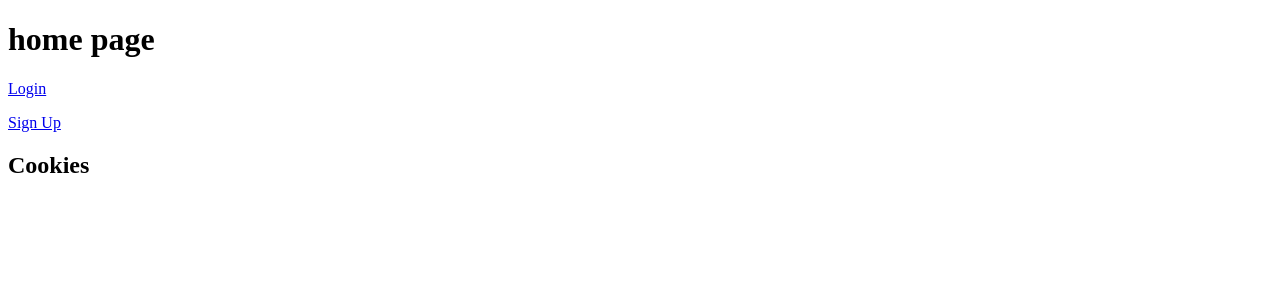
Repository: Styner-JEON/event
Page: / (app in frontend/)
The author's editor kept a copy of each file at every save. The page is drawn from the files as they stood at one save, then again after the next save.
The browser window is 1280 px wide. The pictures show the whole page.
The page's requests for data from a server got no answer. The project was rebuilt for these pictures with package versions that can differ from the ones it lists, and the page was loaded fresh each time. The framework's server and built-in components were replaced by stand-ins that run in the browser. No one was signed in, and anything a server would have sent is missing. Also part of the build but not shown: frontend/next.config.ts.

Above is the page before, as saved 2025-04-07 16:14:39.

After the next save:
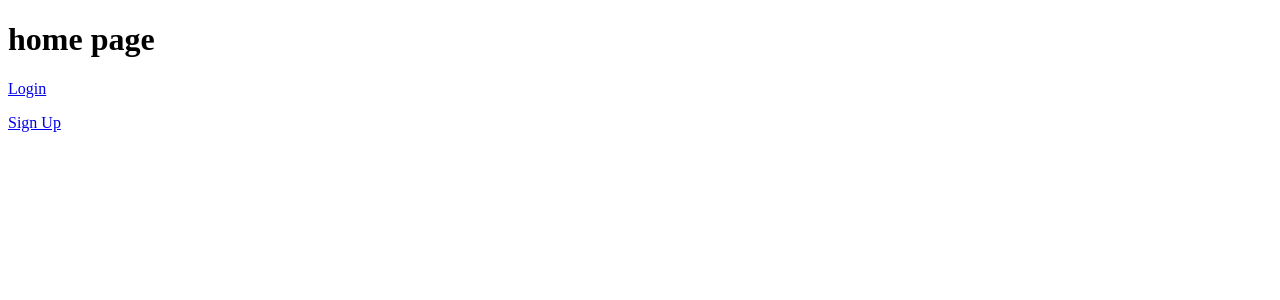
Saved 12 s later.
--- a/frontend/src/app/(home)/page.tsx
+++ b/frontend/src/app/(home)/page.tsx
@@ -12,7 +12,7 @@ export default async function Home() {
         <p>
           <Link href="/signup">Sign Up</Link>
         </p>
-        <Cookies />
+        {/* <Cookies /> */}
       </section>
     </main>
   );
